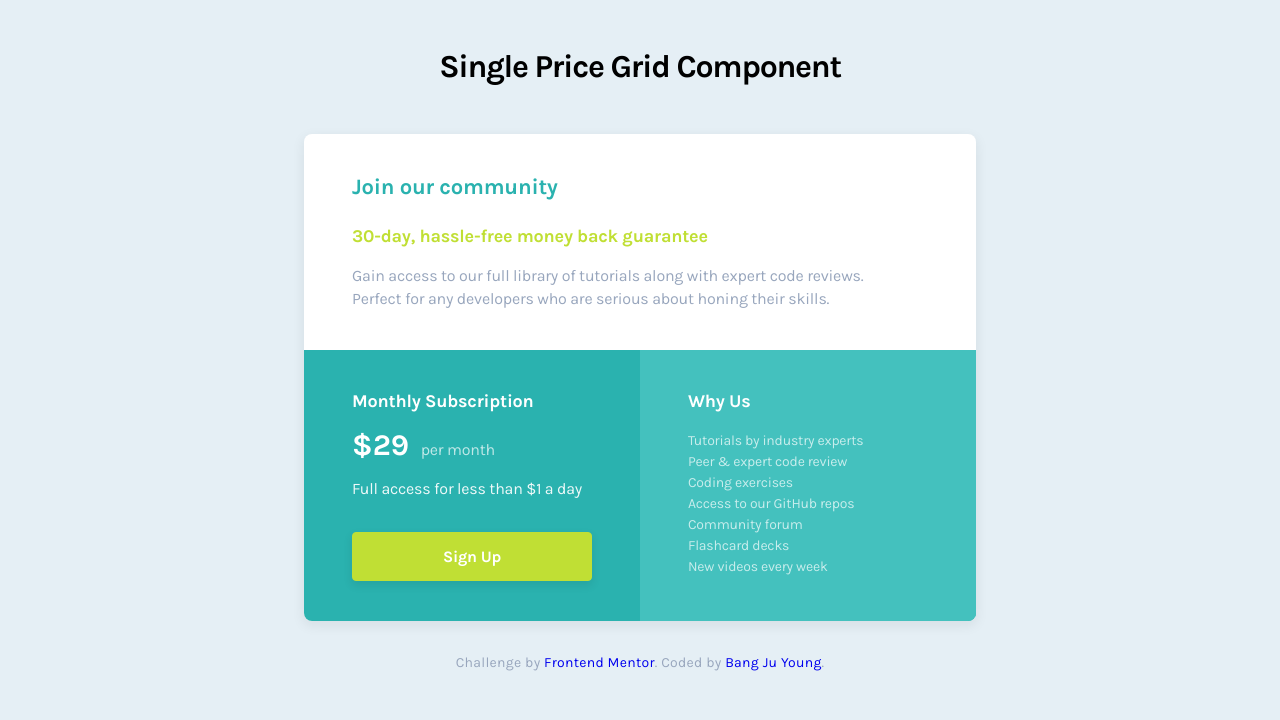
Repository: bangjuyoung/bangjuyoung
Page: practice/frontend-mentor/single-price-grid-component/index.html
The author's editor kept a copy of each file at every save. The page is drawn from the files as they stood at one save, then again after the next save.
The browser window is 1280 px wide. The pictures show the whole page.

Above is the page before, as saved 2019-06-16 16:14:15.

After the next save:
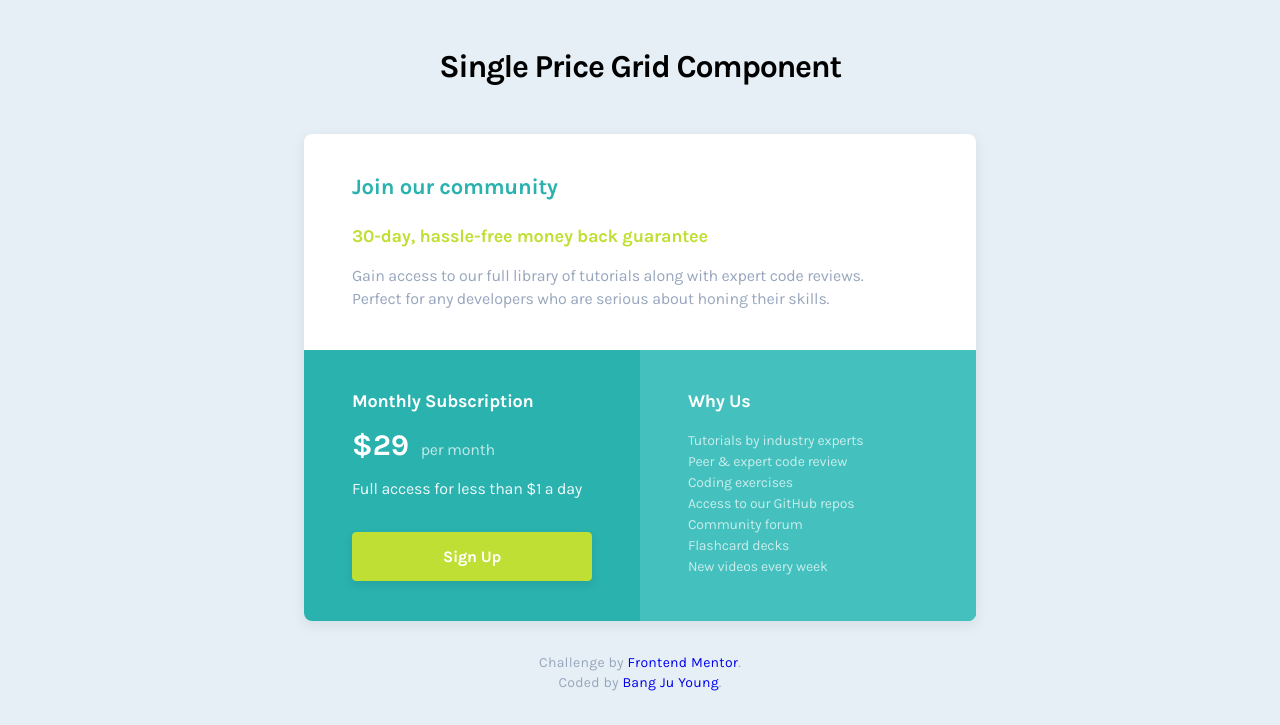
Saved 80 s later.
--- a/practice/frontend-mentor/single-price-grid-component/index.html
+++ b/practice/frontend-mentor/single-price-grid-component/index.html
@@ -54,12 +54,13 @@
       </div>
     </article>
   </main>
-  <footer role="contentinfo" class="text-center page-footer">
-    <p class="text-primary--gray text-caption">
+  <footer role="contentinfo" class="text-center text-primary--gray text-caption page-footer">
+    <p>
       Challenge by <a href="https://www.frontendmentor.io?ref=challenge" target="_blank" rel="noopener">Frontend
         Mentor</a>.
-      Coded by <a href="https://bangjuyoung.app">Bang Ju Young</a>.
     </p>
+    <p>Coded by <a href="https://bangjuyoung.app">Bang Ju Young</a>.</p>
+
   </footer>
 </body>
 

After the 2 saves that followed:
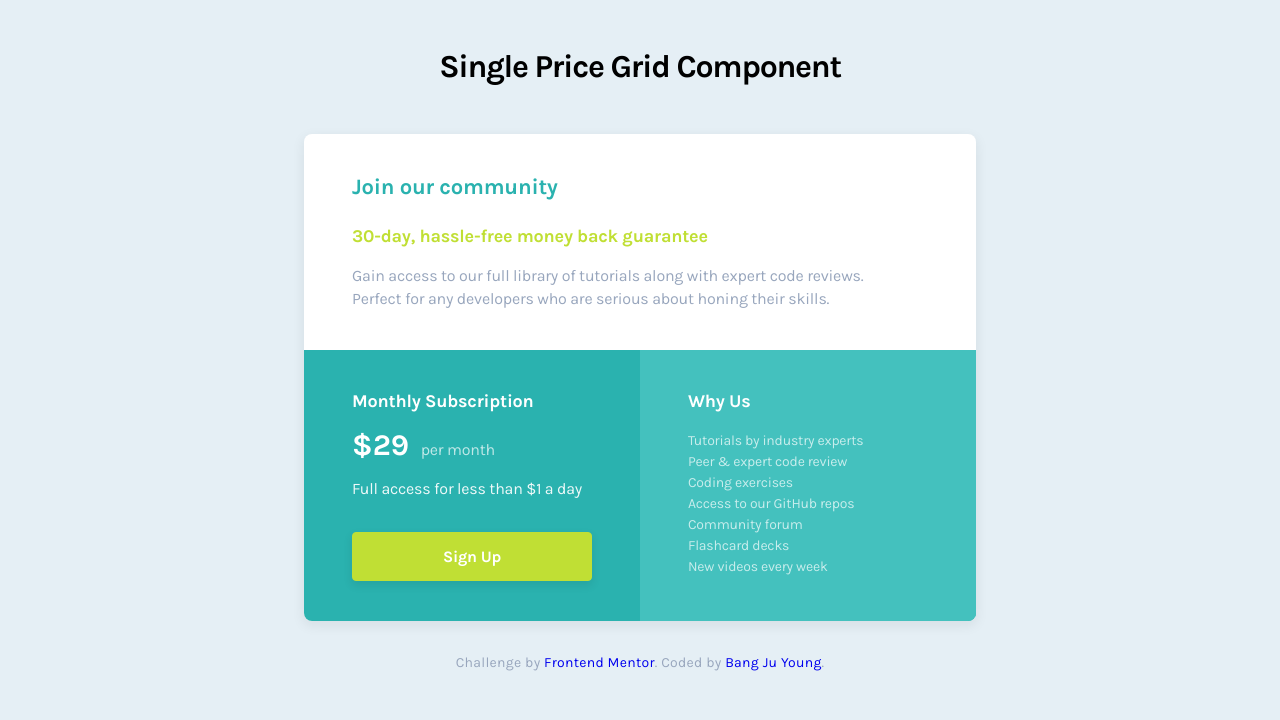
The 2 saves are shown as one change because they came seconds apart.
The last was saved 29 s later.
--- a/practice/frontend-mentor/single-price-grid-component/index.html
+++ b/practice/frontend-mentor/single-price-grid-component/index.html
@@ -54,12 +54,12 @@
       </div>
     </article>
   </main>
-  <footer role="contentinfo" class="text-center text-primary--gray text-caption page-footer">
-    <p>
+  <footer role="contentinfo" class="text-center page-footer">
+    <p class="text-primary--gray text-caption">
       Challenge by <a href="https://www.frontendmentor.io?ref=challenge" target="_blank" rel="noopener">Frontend
         Mentor</a>.
+      Coded by <a href="https://bangjuyoung.app">Bang Ju Young</a>.
     </p>
-    <p>Coded by <a href="https://bangjuyoung.app">Bang Ju Young</a>.</p>
 
   </footer>
 </body>
